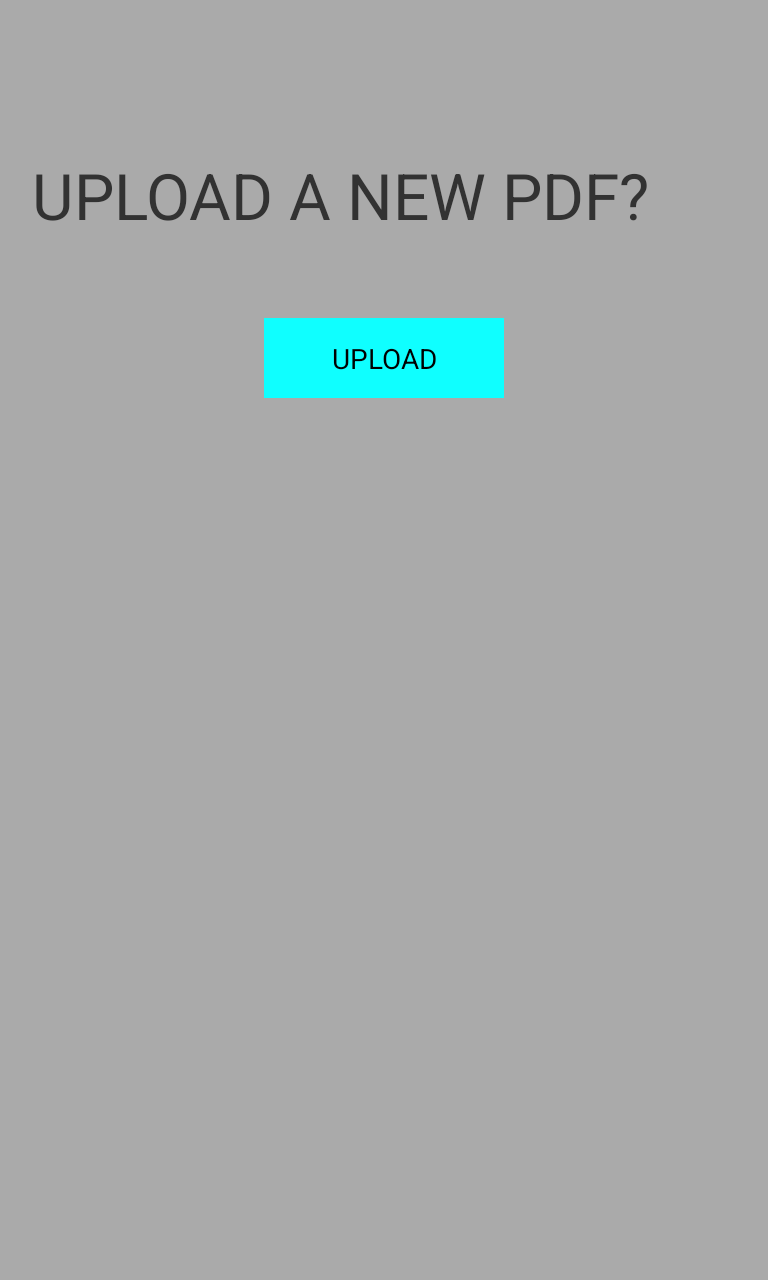
Repository: nick11roberts/Moka-Scanr
Layout: Document Uploader/res/layout/activity_options.xml
An editor plug-in stored every save of this project. The layout is shown before and after the next save, followed by the edit.
It is drawn on a 768 x 1280 px phone screen (xhdpi) without system bars, with theme android:Theme.Light.NoTitleBar; the app's code is not run. The app's manifest (not shown) leaves right-to-left support off. So textAlignment, textDirection and layoutDirection are ignored, and left and right values win over start and end ones.

Above is the layout before, as saved 2014-05-29 06:21:59.

After the next save:
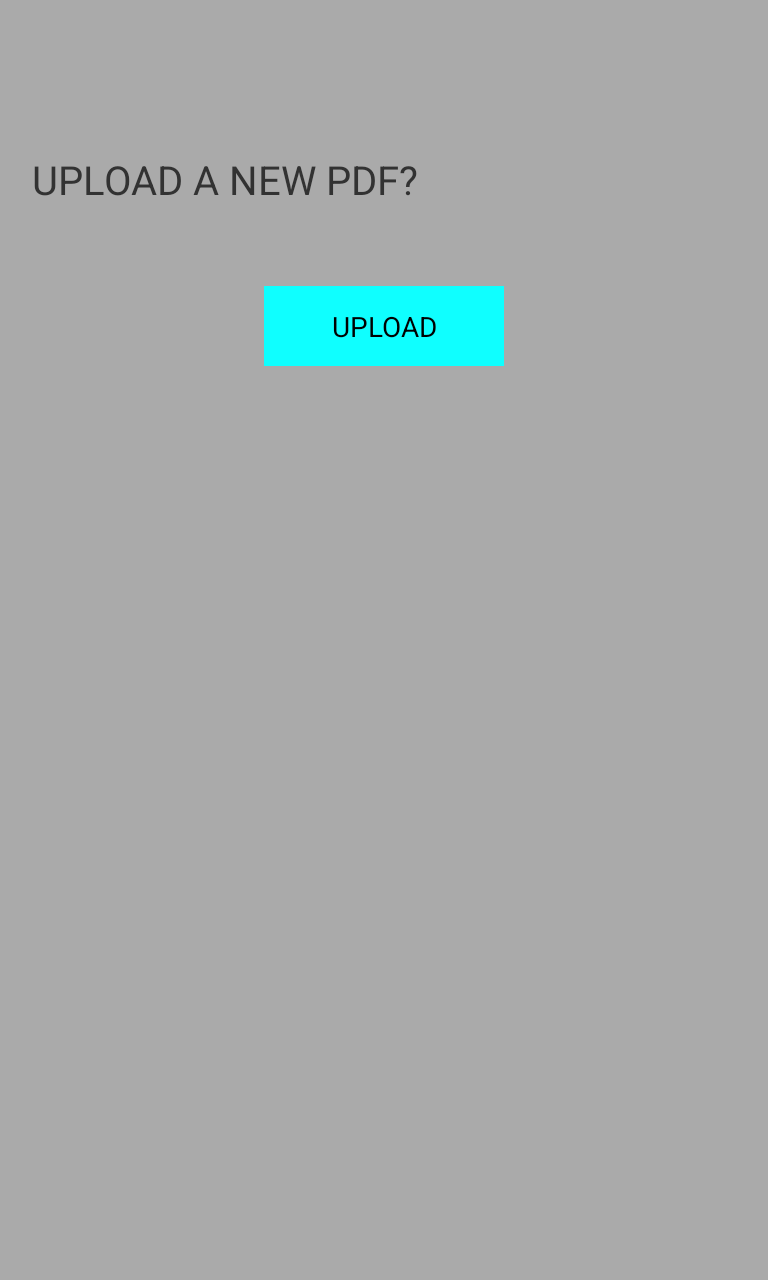
Saved 67 s later.
--- a/Document Uploader/res/layout/activity_options.xml
+++ b/Document Uploader/res/layout/activity_options.xml
@@ -20,7 +20,7 @@
         android:text="@string/main_heading"
         android:textAlignment="center"
         android:textAllCaps="true"
-        android:textSize="32sp" />
+        android:textSize="20sp" />
 
     <Button
         android:id="@+id/button1"
